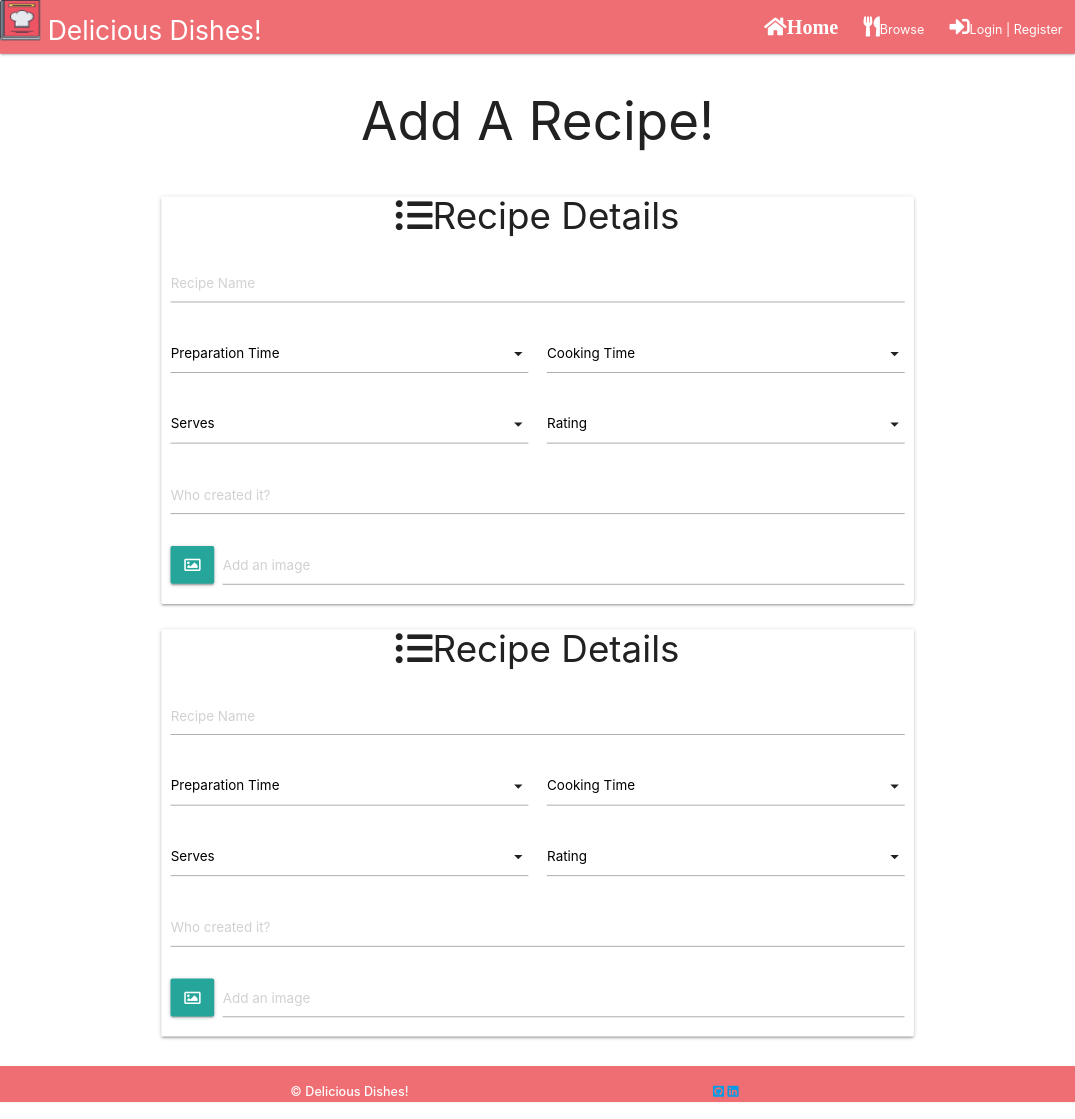
Repository: hebs87/cookbook-milestone-project-three
Page: templates/add_recipe.html
The author's editor kept a record of every edit. The page is drawn from the files as they stood at one moment, then again after the next edit.
The browser window is 1280 px wide. The pictures show the whole page, at 84% of full size.
Some web libraries are served in a nearby version. The page is served by the project's application, run on Flask 3 (app.py). Other server files are loaded and not shown. The template is opened directly, without the code that normally fills it, so the values that code supplies are empty.

Above is the page before.

### templates/add_recipe.html
{% extends "base.html" %} {% block content %}

<!--Page Title-->
<div class="row center-align">
    <div class="col s12">
        <h1 class="title">Add A Recipe!</h1>
    </div>
</div>

<!--ADD RECIPE FORM WITH NESTED CARDS FOR RELEVANT SECTIONS-->
<div class="row center-align">
    <form method="GET" action="">

        <!--Recipe Details Card-->
        <div class="row card z-depth-1">
            <!--Card Title-->
            <h3><i class="fas fa-list-ul"></i>Recipe Details</h3>
            <!--Recipe Name Field-->
            <div class="input-field col s12">
                <input id="name" name="name" type="text" placeholder="Recipe Name" class="form-control validate" required>
                <label for="name"></label>
            </div>
            <!--Prep Time Select-->
            <div class="input-field col s12 m6">
                <select id="prep_time" name="prep_time" class="form-control validate" required>
                    <option value="" disabled selected>Preparation Time</option>
                    <option value="">1</option>
                </select>
            </div>
            <!--Cook Time Select-->
            <div class="input-field col s12 m6">
                <select id="cook_time" name="cook_time" class="form-control validate" required>
                    <option value="" disabled selected>Cooking Time</option>
                    <option value="">1</option>
                </select>
            </div>
            <!--Serves Select-->
            <div class="input-field col s12 m6">
                <select id="serves" name="serves" class="form-control validate" required>
                    <option value="" disabled selected>Serves</option>
                    <option value="">1</option>
                </select>
            </div>
            <!--Rating Select-->
            <div class="input-field col s12 m6">
                <select id="rating" name="rating" class="form-control validate" required>
                    <option value="" disabled selected>Rating</option>
                    <option value="">1</option>
                </select>
            </div>
            <!--Author Field-->
            <div class="input-field col s12">
                <input id="author" name="Author" type="text" placeholder="Who created it?" class="form-control validate" required>
            </div>
            <!--Image File Input-->
            <div class="file-field input-field col s12">
                <div class="btn">
                    <i class="far fa-image"></i>
                    <input type="file" name="img">
                </div>
                <div class="file-path-wrapper">
                    <input class="file-path validate" name="file_path" placeholder="Add an image" type="text">
                </div>
            </div>
        </div>

        <!--Recipe Categories Card-->
        <div class="row card z-depth-1">
            <!--Card Title-->
            <h3><i class="fas fa-list-ul"></i>Recipe Details</h3>
            <!--Recipe Name Field-->
            <div class="input-field col s12">
                <input id="name" name="name" type="text" placeholder="Recipe Name" class="form-control validate" required>
                <label for="name"></label>
            </div>
            <!--Prep Time Select-->
            <div class="input-field col s12 m6">
                <select id="prep_time" name="prep_time" class="form-control validate" required>
                    <option value="" disabled selected>Preparation Time</option>
                    <option value="">1</option>
                </select>
            </div>
            <!--Cook Time Select-->
            <div class="input-field col s12 m6">
                <select id="cook_time" name="cook_time" class="form-control validate" required>
                    <option value="" disabled selected>Cooking Time</option>
                    <option value="">1</option>
                </select>
            </div>
            <!--Serves Select-->
            <div class="input-field col s12 m6">
                <select id="serves" name="serves" class="form-control validate" required>
                    <option value="" disabled selected>Serves</option>
                    <option value="">1</option>
                </select>
            </div>
            <!--Rating Select-->
            <div class="input-field col s12 m6">
                <select id="rating" name="rating" class="form-control validate" required>
                    <option value="" disabled selected>Rating</option>
                    <option value="">1</option>
                </select>
            </div>
            <!--Author Field-->
            <div class="input-field col s12">
                <input id="author" name="Author" type="text" placeholder="Who created it?" class="form-control validate" required>
            </div>
            <!--Image File Input-->
            <div class="file-field input-field col s12">
                <div class="btn">
                    <i class="far fa-image"></i>
                    <input type="file" name="img">
                </div>
                <div class="file-path-wrapper">
                    <input class="file-path validate" name="file_path" placeholder="Add an image" type="text">
                </div>
            </div>
        </div>

    </form>
</div>

{% endblock %}

### templates/base.html
<!DOCTYPE html>
<html lang="en">

<head>

    <!--Link for Favicon-->
    <link rel="icon" sizes="192x192" href="{{ url_for('static', filename='img/favicon.png') }}" type="image/x-icon">
    <meta charset="UTF-8">
    <meta name="viewport" content="width=device-width, initial-scale=1.0">
    <meta http-equiv="X-UA-Compatible" content="ie=edge">
    <title>Delicious Dishes!</title>

    <!--Link for Materialize-->
    <link rel="stylesheet" href="https://cdnjs.cloudflare.com/ajax/libs/materialize/1.0.0/css/materialize.min.css">
    <!--Link for FontAwesome-->
    <link rel="stylesheet" href="https://use.fontawesome.com/releases/v5.8.2/css/all.css" integrity="sha384-oS3vJWv+0UjzBfQzYUhtDYW+Pj2yciDJxpsK1OYPAYjqT085Qq/1cq5FLXAZQ7Ay" crossorigin="anonymous">
    <!--Link for custom CSS sheet-->


</head>

<body>

    <!--HEADER-->
    <header class="container-fluid">
        <!--NAVBAR-->
        <!--Main Nav-->
        <nav class="nav-extended">
            <div class="nav-wrapper">
                <a href="{{ url_for('index') }}" class="brand-logo"><img src="{{ url_for('static', filename='img/favicon.png') }}" alt="Delicious Dishes Chef Logo" lazyload="on">
                    Delicious Dishes!
                </a>
                <a href="#" data-target="mobile-demo" class="sidenav-trigger">
                    <i class="fas fa-bars" aria-hidden="true"></i>
                </a>
                <ul id="nav-mobile" class="right hide-on-med-and-down">
                    <li>
                        <a href="{{ url_for('index') }}">
                            <i class="fas fa-home" aria-hidden="true">Home</i>
                        </a>
                    </li>
                    <li>
                        <a href="#">
                            <i class="fas fa-utensils" aria-hidden="true"></i>Browse
                        </a>
                    </li>
                    <!--Additional options if user is logged in-->
                    {% if session.user %}
                        <li>
                            <a href="#">
                                <i class="fas fa-user" aria-hidden="true"></i>{{ session['user'] }}
                            </a>
                        </li>
                        <li>
                            <a href="{{ url_for('add_recipe') }}">
                                <i class="fas fa-plus" aria-hidden="true"></i>Add Recipe
                            </a>
                        </li>
                        <li>
                            <a href="{{ url_for('logout') }}">
                                <i class="fas fa-sign-out-alt" aria-hidden="true"></i>Logout
                            </a>
                        </li>
                    <!--If there is no user in session-->
                    {% else %}
                        <li>
                            <a href="{{ url_for('login_register') }}">
                                <i class="fas fa-sign-in-alt" aria-hidden="true"></i>Login | Register
                            </a>
                        </li>
                    {% endif %}
                </ul>
            </div>
        </nav>
        <!--End Main Nav-->
        <!--Mobile Side Nav-->
        <ul class="sidenav" id="mobile-demo">
            <li>
                <a href="{{ url_for('index') }}" class="brand-logo">
                    <h4>Delicious Dishes!</h4>
                </a>
            <li>
                <a href="{{ url_for('index') }}">
                    <i class="fas fa-home" aria-hidden="true"></i>Home
                </a>
            </li>
            <li>
                <a href="#">
                    <i class="fas fa-utensils" aria-hidden="true"></i>Browse
                </a>
            </li>
            <!--Additional options if user is logged in-->
            {% if session.user %}
                <li>
                    <a href="#">
                        <i class="fas fa-user" aria-hidden="true"></i>{{ session['user'] }}
                    </a>
                </li>
                <li>
                    <a href="{{ url_for('add_recipe') }}">
                        <i class="fas fa-plus" aria-hidden="true"></i>Add Recipe
                    </a>
                </li>
                <li>
                    <a href="{{ url_for('logout') }}">
                        <i class="fas fa-sign-out-alt" aria-hidden="true"></i>Logout
                    </a>
                </li>
            <!--If there is no user in session-->
            {% else %}
                <li>
                    <a href="{{ url_for('login_register') }}">
                        <i class="fas fa-sign-in-alt" aria-hidden="true"></i>Login | Register
                    </a>
                </li>
            {% endif %}
        </ul>
        <!--End Mobile Side Nav-->
        <!--END NAVBAR-->

    </header>
    <!--END HEADER-->

    <!--MAIN CONTENT-->
    <main>
        <div class="container">
            <!--Flashed messages to appear at the top of the page, below the Navbar-->
            {% with messages = get_flashed_messages() %}
                {% if messages %}
                    <ul class="flashes center-align">
                        {% for message in messages %}
                        <li>{{ message }}</li>
                        {% endfor %}
                    </ul>
                {% endif %}
            {% endwith %}

            <!--Main content-->
            {% block content %} {% endblock %}
        </div>
    </main>
    <!--END MAIN CONTENT-->

    <!--FOOTER-->
    <footer class="page-footer">
        <div class="container">
            <div class="row center-align">
                <div class="col s12 m6">
                    &copy; <strong>Delicious Dishes!</strong>
                </div>
                <div class="col s12 m6">
                    <a href="https://github.com/hebs87/cookbook-milestone-project-three" target="_blank" rel="noopener" aria-label="GitHub - hebs87">
                        <i class="fab fa-github-square" title="hebs87" aria-hidden="true"></i>
                    </a>
                    <a href="https://www.linkedin.com/in/sunny-hebbar-0b3008174/" target="_blank" rel="noopener" aria-label="LinkedIn - Sunny-Hebbar">
                        <i class="fab fa-linkedin" title="Sunny-Hebbar" aria-hidden="true"></i>
                    </a>
                </div>
            </div>
        </div>
    </footer>
    <!--END FOOTER-->

    <!--Script tag for jQuery-->
    <script src="https://code.jquery.com/jquery-3.4.1.min.js" integrity="sha256-CSXorXvZcTkaix6Yvo6HppcZGetbYMGWSFlBw8HfCJo=" crossorigin="anonymous"></script>
    <!--Script tag for Materialize-->
    <script src="https://cdnjs.cloudflare.com/ajax/libs/materialize/1.0.0/js/materialize.min.js"></script>
    <!--Script tag for custom JS file-->
    <script src="{{ url_for('static', filename='js/script.js') }}"></script>

</body>

</html>

### app.py
import os, json, math
import re
from flask import Flask, render_template, redirect, request, session, g, url_for, flash, Markup
from flask_pymongo import PyMongo
from bson.objectid import ObjectId
from werkzeug.security import check_password_hash, generate_password_hash

# Instance of Flask
app = Flask(__name__)

# Config Flask app and connect to database
app.config["MONGO_DBNAME"] = 'onlineCookbook'
app.config["MONGO_URI"] = os.getenv('MONGO_URI')
# Secret key to enable user sessions for login and flash messages - generates random string
app.secret_key = os.urandom(24)

# Instance of PyMongo
mongo = PyMongo(app)

# DB collection variables
recipes_coll = mongo.db.recipes
rating_coll = mongo.db.ratings
categories_coll = mongo.db.categories
serves_coll = mongo.db.serves
time_coll = mongo.db.time
users_coll = mongo.db.userLogin

# Route to index.html
@app.route('/')
def index():
    return render_template("index.html")

# User login sessions/logout
@app.route('/login_register')
def login_register():
    return render_template("login_register.html")

@app.route('/login', methods=["GET", "POST"])
def login():
    '''
    Login
    Checks that the user exists, and that user's password matches the
    hased password in the database
    '''
    if request.method == "POST":

        username = request.form.get('username').lower()
        password = request.form.get("password")
        existing_user = users_coll.find_one({"username": username})

        # Check if username exists and user's password matches the hashed password
        if existing_user and check_password_hash(existing_user["password"], password):
            flash(Markup("Welcome back " + username + ", you're now logged in!"))
            session['user'] = username
            return redirect(url_for('index'))
        # If either the username or password don't match, generic flash message is displayed
        else:
            flash(Markup("It appears those details don't match what we have, please try again."))
            return redirect(url_for('login'))

    return render_template("login_register.html")

@app.route('/register', methods=["GET", "POST"])
def register():
    '''
    Create new user/register new account
    Checks that the user doesn't already exist, and that length of username
    and password is between 6-15 characters
    Uses generate_password_hash to hash user's password in the database
    '''
    if request.method == "POST":

        new_username = request.form.get('new_username').lower()
        new_password = request.form.get("new_password")

        # Check username and password are alphanumeric
        for letter in new_username:
            if not letter.isalnum():
                flash(Markup("Usernames must be alphanumeric only. Please try another one."))
                return redirect(url_for('register'))
        for letter in new_password:
            if not letter.isalnum():
                flash(Markup("Passwords must be alphanumeric only. Please try another one."))
                return redirect(url_for('register'))

        # Check username and password are between 6-15 characters
        if len(new_username) < 5 or len(new_username) > 15:
            flash(Markup("Usernames must be between 5 and 15 characters. Please try again."))
            return redirect(url_for('register'))
        if len(new_password) < 5 or len(new_password) > 15:
            flash(Markup("Passwords must be between 5 and 15 characters. Please try again."))
            return redirect(url_for('register'))

        # Check if username already exists
        existing_user = users_coll.find_one({"username": new_username})
        if existing_user:
            flash(Markup("Sorry, " + new_username + " is already taken! Please choose another one!"))
            return redirect(url_for('register'))

        # If all checks pass, add user to the database and hash the password
        users_coll.insert_one({
            "username": new_username,
            "password": generate_password_hash(new_password)
        })
        session['user'] = new_username
        flash(Markup("Welcome " + new_username + ", you're now logged in!"))
        return redirect(url_for('index'))

    return render_template("login_register.html")

@app.route('/logout')
def logout():
    '''
    Remove the session cookie and end the user session
    '''
    session.pop('user', None)
    flash(Markup("You were successfully logged out"))
    return redirect(url_for('index'))

@app.before_request
def before_request():
    '''
    Checks if the user is logged in before each request
    '''
    g.user = None
    if 'user' in session:
        g.user = session['user']

# Route to add_recipe.html
@app.route('/add_recipe')
def add_recipe():
    return render_template("add_recipe.html")

if __name__ == '__main__':
    app.run(host=os.getenv("IP", "0.0.0.0"),
            port=int(os.getenv("PORT", "5000")),
            debug=False)

### static/js/script.js
//Initialize Mobile Side Nav
$('.sidenav').sidenav();
//Initialize Tabs
$('.tabs').tabs();
//Initialize Select Form
$('select').formSelect();

After the next edit:
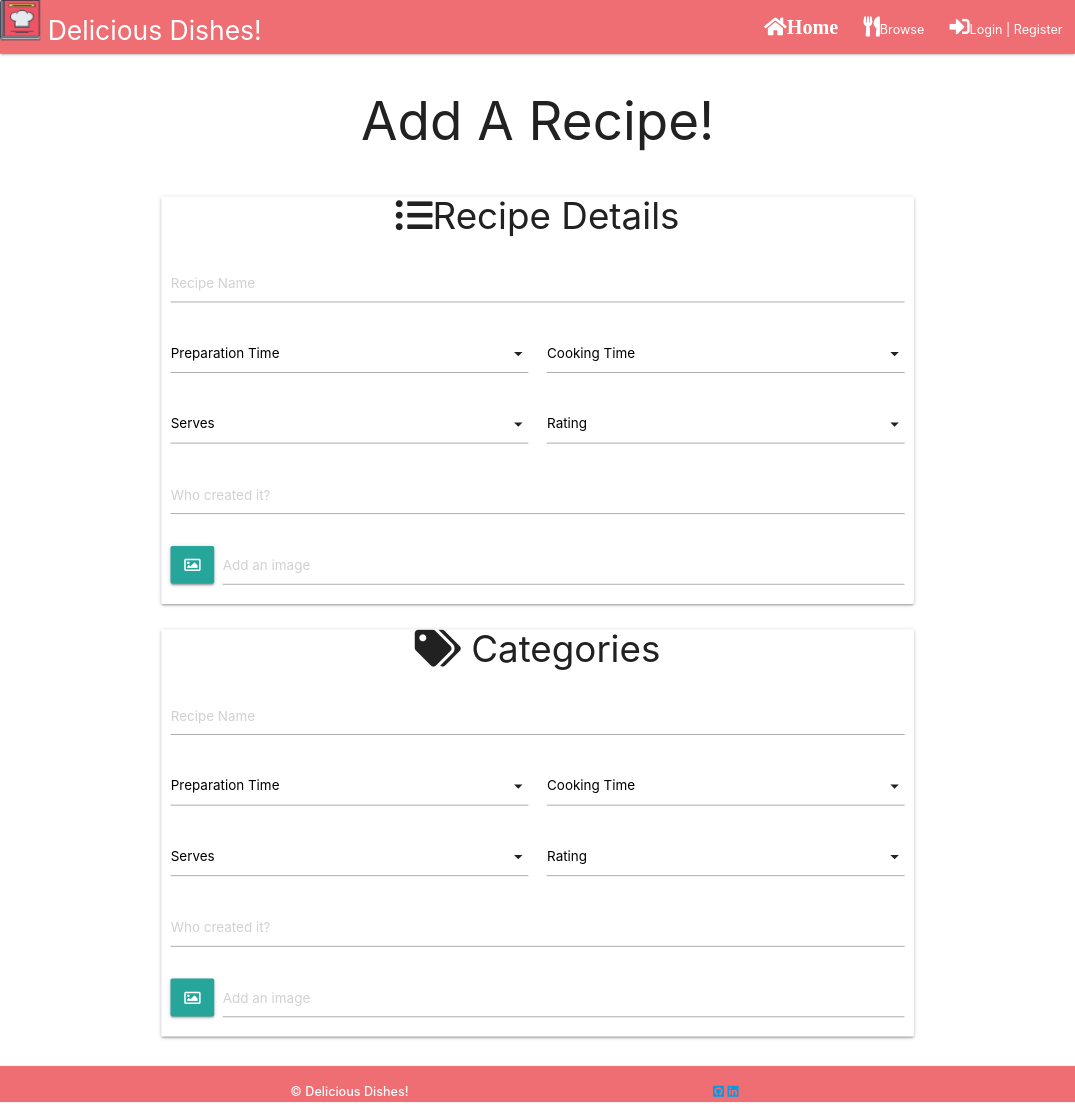
The edit:
--- a/templates/add_recipe.html
+++ b/templates/add_recipe.html
@@ -67,7 +67,7 @@
         <!--Recipe Categories Card-->
         <div class="row card z-depth-1">
             <!--Card Title-->
-            <h3><i class="fas fa-list-ul"></i>Recipe Details</h3>
+            <h3><i class="fas fa-tags"></i> Categories</h3>
             <!--Recipe Name Field-->
             <div class="input-field col s12">
                 <input id="name" name="name" type="text" placeholder="Recipe Name" class="form-control validate" required>
